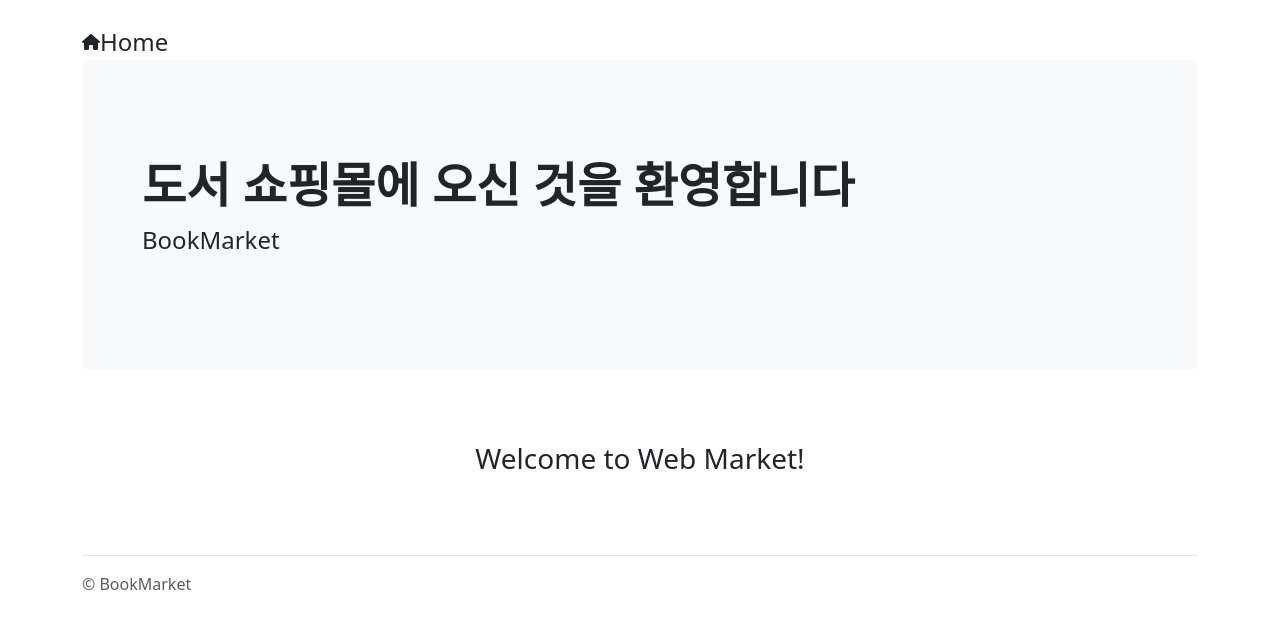
Repository: byeolchorong/ITedunet
Page: http://localhost/BookMarket/welcome.jsp
The author's editor kept a copy of each file at every save. The page is drawn from the files as they stood at one save, then again after the next save.
The browser window is 1280 px wide. The pictures show the whole page.
Some web libraries are served in a nearby version. The page is served by Tomcat 10. Nobody is signed in. The application's start-up code is not run. Other server files are loaded and not shown.

Above is the page before, as saved 2025-05-22 01:43:06.

### JSP/BookMarket/src/main/webapp/welcome.jsp
<%@ page language="java" contentType="text/html; charset=UTF-8"
    pageEncoding="UTF-8"%>
<!DOCTYPE html>
<html>
<head>
<link href="https://cdn.jsdelivr.net/npm/bootstrap@5.3.6/dist/css/bootstrap.min.css" rel="stylesheet">
<script src="https://kit.fontawesome.com/705381df09.js" crossorigin="anonymous"></script>
<meta charset="UTF-8">
<title>Insert title here</title>
</head>
<body>
	<div class="container py-4">
		<header>
			<a href="./welcome.jsp" class="d-flex align-items-center text-dark text-decoration-none">
				<i class="fa-solid fa-house"></i>
				<span class="fs-4">Home</span>
			</a>
		</header>

		<%! String greeting = "도서 쇼핑몰에 오신 것을 환영합니다";
		String tagline = "Welcome to Web Market!";%>

		<div class="p-5 mb-4 bg-body-tertiary rounded-3">
			<div class="container-fluid py-5">
				<h1 class="display-5 fw-bold"><%= greeting %></h1>
				<p class="col-md-8 fs-4"> BookMarket</p>
			</div>
		</div>

		<div class="row align-items-md-stretch text-center">
			<div class="col-md-12">
				<div class="h-100 p-5">
					<h3><%= tagline %></h3>
				</div>
			</div>
		</div>

		<footer class="pt-3 mt-4 text-body-secondary border-top">
			&copy; BookMarket
		</footer>

	</div>
</body>
</html>

After the next save:
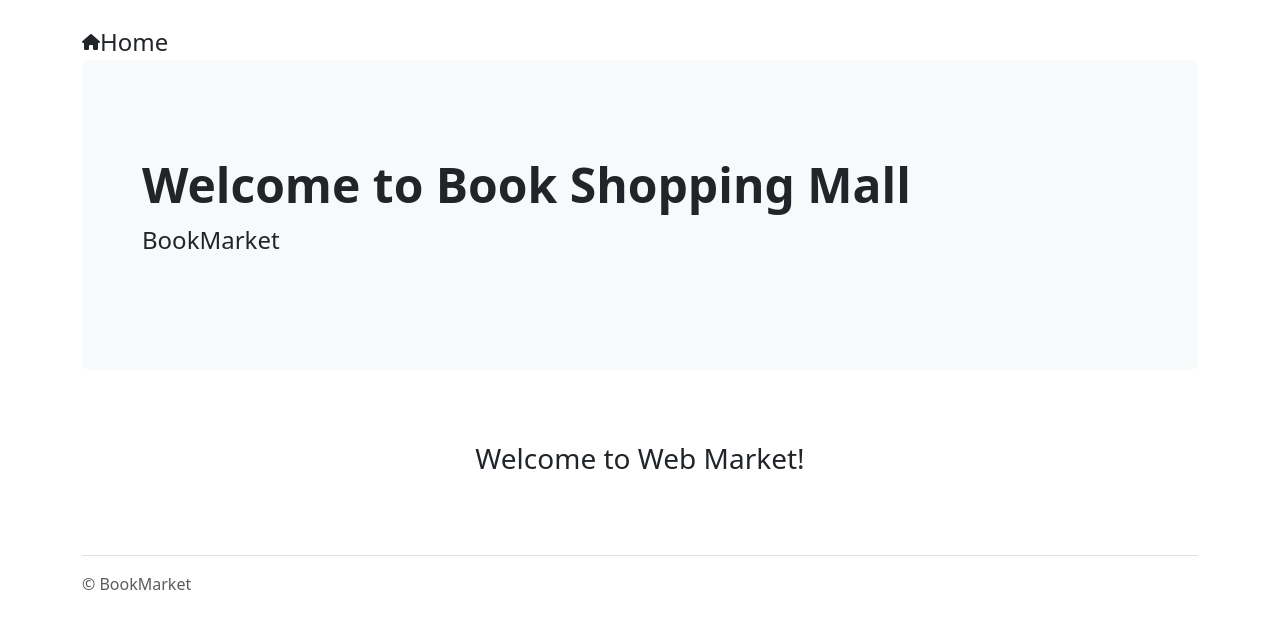
Saved 5 min 10 s later.
--- a/JSP/BookMarket/src/main/webapp/welcome.jsp
+++ b/JSP/BookMarket/src/main/webapp/welcome.jsp
@@ -3,7 +3,7 @@
 <!DOCTYPE html>
 <html>
 <head>
-<link href="https://cdn.jsdelivr.net/npm/bootstrap@5.3.6/dist/css/bootstrap.min.css" rel="stylesheet">
+ <link href="https://cdn.jsdelivr.net/npm/bootstrap@5.3.6/dist/css/bootstrap.min.css" rel="stylesheet">
 <script src="https://kit.fontawesome.com/705381df09.js" crossorigin="anonymous"></script>
 <meta charset="UTF-8">
 <title>Insert title here</title>
@@ -17,7 +17,7 @@
 			</a>
 		</header>
 
-		<%! String greeting = "도서 쇼핑몰에 오신 것을 환영합니다";
+		<%! String greeting = "Welcome to Book Shopping Mall";
 		String tagline = "Welcome to Web Market!";%>
 
 		<div class="p-5 mb-4 bg-body-tertiary rounded-3">
